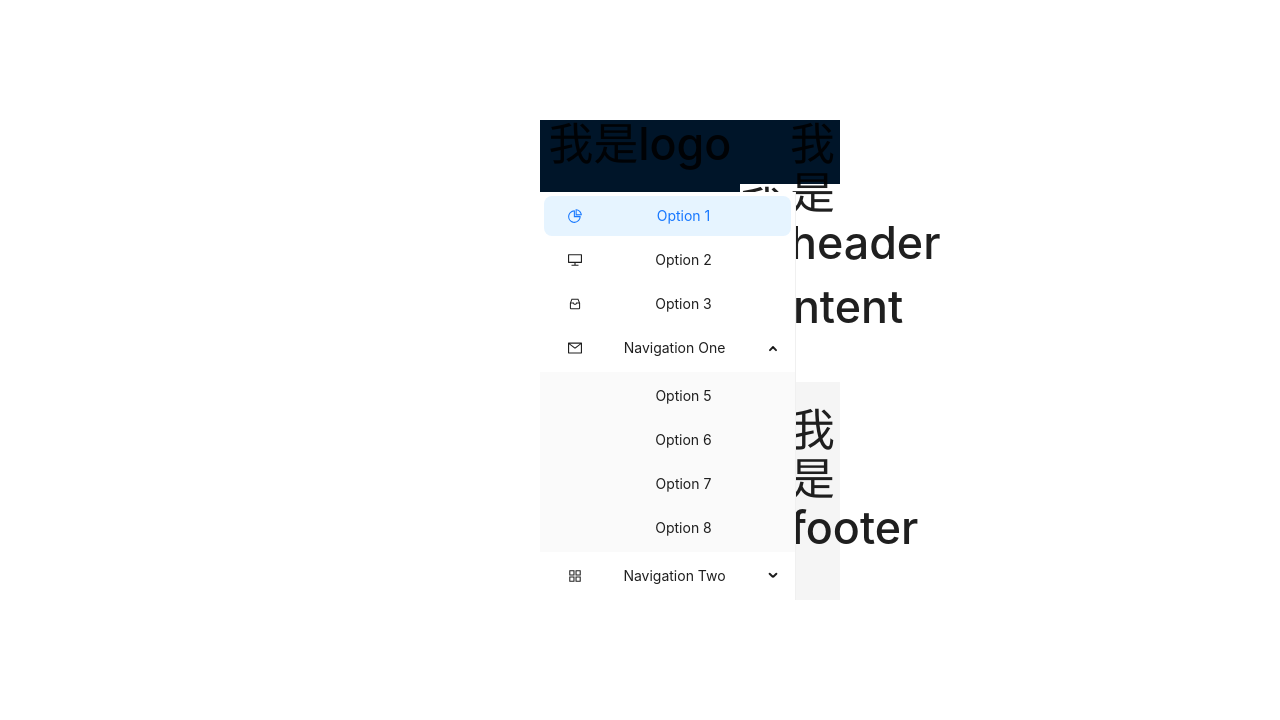
Repository: chenyl8848/chen-tool-collection
Page: /
These files come from the project's save history. The page is drawn as it stood at one moment and after the next save; the edit follows.
The browser window is 1280 px wide. The pictures show the whole page.
The project was rebuilt for these pictures with package versions that can differ from the ones it lists, and the page was loaded fresh each time. Also part of the build but not shown: vite.config.ts, src/components/HelloWorld.vue.

Above is the page before, as saved 2024-01-09 10:14:42.

### src/main.ts
import { createApp } from 'vue'
import './style.css'

// import Antd from 'ant-design-vue';
import 'ant-design-vue/dist/reset.css';

import App from './App.vue'

const app = createApp(App)

// app.use(Antd)

app.mount('#app')

### src/App.vue
<script setup lang="ts">
import Layout from '@/layout/index.vue';
</script>

<template>
  <div class="layout">
    <Layout></Layout>
  </div>
</template>

<style scoped>
.layout {
  width: 100%;
  height: 100%;
}
</style>

### src/layout/index.vue
<script lang="ts" setup>
import Siderbar from '@/layout/siderbar/index.vue'
import Header from '@/layout/header/index.vue'
import Content from '@/layout/content/index.vue'
import Footer from '@/layout/footer/index.vue'
</script>

<template>
    <a-layout>
        <a-layout-sider>
            <Siderbar></Siderbar>
        </a-layout-sider>
        <a-layout>
            <a-layout-header>
                <Header></Header>
            </a-layout-header>
            <a-layout-content>
                <Content></Content>
            </a-layout-content>
            <a-layout-footer>
                <Footer></Footer>
            </a-layout-footer>
    </a-layout>
</a-layout></template>

<style scoped>
</style>

### src/layout/siderbar/index.vue
<script lang="ts" setup>
import Logo from '@/layout/siderbar/logo/index.vue'
import Menu from '@/layout/siderbar/menu/index.vue'
</script>

<template>
  <div>
    <Logo></Logo>
    <Menu class="menu"></Menu>
  </div>
</template>

<style scoped>
.menu {
  background-color: aliceblue;
}
</style>

### src/layout/header/index.vue
<script lang="ts" setup>

</script>

<template>
  <div>
    <h1>我是header</h1>
  </div>
</template>

### src/layout/content/index.vue
<script lang="ts" setup>

</script>

<template>
  <div>
    <h1>我是content</h1>
  </div>
</template>

### src/layout/footer/index.vue
<script lang="ts" setup>

</script>

<template>
  <div>
    <h1>我是footer</h1>
  </div>
</template>

### src/layout/siderbar/logo/index.vue
<script lang="ts" setup>

</script>

<template>
  <div>
    <h1>我是logo</h1>
  </div>
</template>

### src/layout/siderbar/menu/index.vue
<template>
    <div style="width: 256px">
      <a-menu
        v-model:openKeys="state.openKeys"
        v-model:selectedKeys="state.selectedKeys"
        mode="inline"
        :inline-collapsed="state.collapsed"
        :items="items"
      ></a-menu>
    </div>
  </template>
  <script lang="ts" setup>
  import { reactive, watch, h } from 'vue';
  import {
    MenuFoldOutlined,
    MenuUnfoldOutlined,
    PieChartOutlined,
    MailOutlined,
    DesktopOutlined,
    InboxOutlined,
    AppstoreOutlined,
  } from '@ant-design/icons-vue';
  const state = reactive({
    collapsed: false,
    selectedKeys: ['1'],
    openKeys: ['sub1'],
    preOpenKeys: ['sub1'],
  });
  const items = reactive([
    {
      key: '1',
      icon: () => h(PieChartOutlined),
      label: 'Option 1',
      title: 'Option 1',
    },
    {
      key: '2',
      icon: () => h(DesktopOutlined),
      label: 'Option 2',
      title: 'Option 2',
    },
    {
      key: '3',
      icon: () => h(InboxOutlined),
      label: 'Option 3',
      title: 'Option 3',
    },
    {
      key: 'sub1',
      icon: () => h(MailOutlined),
      label: 'Navigation One',
      title: 'Navigation One',
      children: [
        {
          key: '5',
          label: 'Option 5',
          title: 'Option 5',
        },
        {
          key: '6',
          label: 'Option 6',
          title: 'Option 6',
        },
        {
          key: '7',
          label: 'Option 7',
          title: 'Option 7',
        },
        {
          key: '8',
          label: 'Option 8',
          title: 'Option 8',
        },
      ],
    },
    {
      key: 'sub2',
      icon: () => h(AppstoreOutlined),
      label: 'Navigation Two',
      title: 'Navigation Two',
      children: [
        {
          key: '9',
          label: 'Option 9',
          title: 'Option 9',
        },
        {
          key: '10',
          label: 'Option 10',
          title: 'Option 10',
        },
        {
          key: 'sub3',
          label: 'Submenu',
          title: 'Submenu',
          children: [
            {
              key: '11',
              label: 'Option 11',
              title: 'Option 11',
            },
            {
              key: '12',
              label: 'Option 12',
              title: 'Option 12',
            },
          ],
        },
      ],
    },
  ]);
  watch(
    () => state.openKeys,
    (_val, oldVal) => {
      state.preOpenKeys = oldVal;
    },
  );
  const toggleCollapsed = () => {
    state.collapsed = !state.collapsed;
    state.openKeys = state.collapsed ? [] : state.preOpenKeys;
  };
  </script>

Loaded but not shown: index.html (common file); src/style.css (common file)

After the next save:
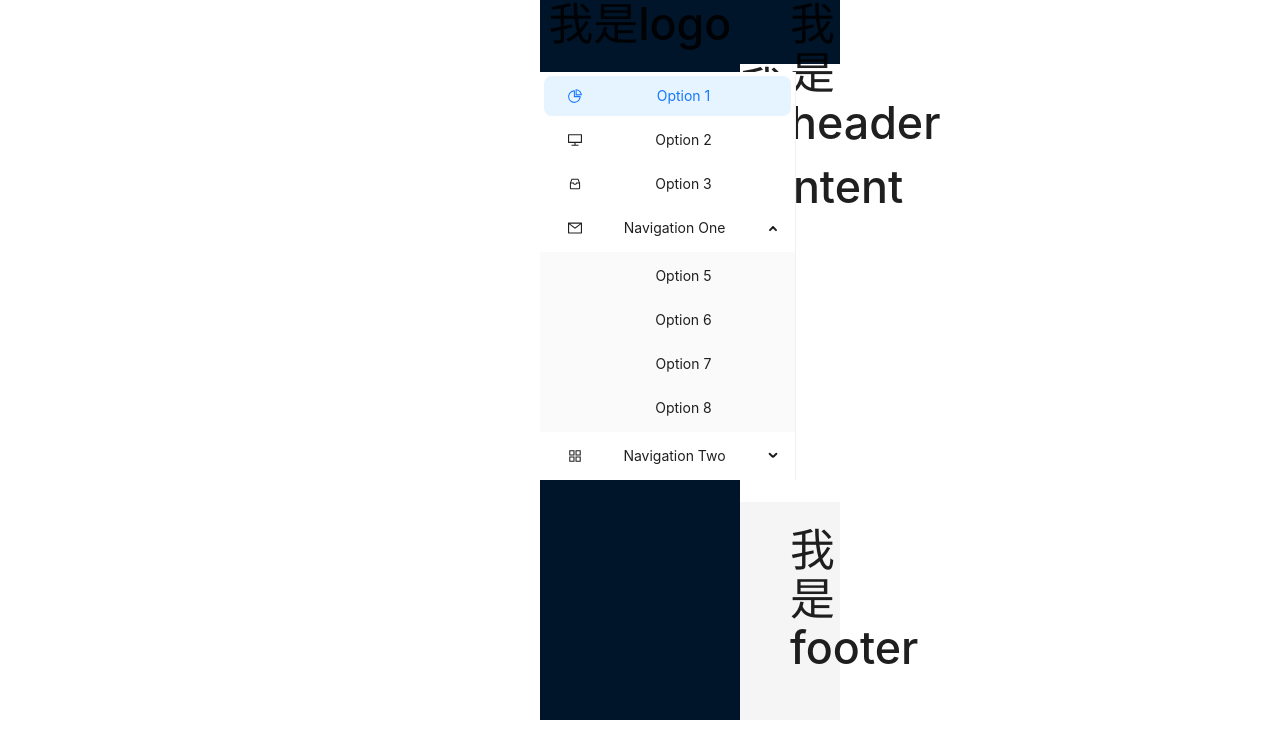
Saved 18 min 3 s later.
--- a/src/App.vue
+++ b/src/App.vue
@@ -11,6 +11,7 @@
 <style scoped>
 .layout {
   width: 100%;
-  height: 100%;
+  height: 100vh;
+  display: flex;
 }
 </style>
